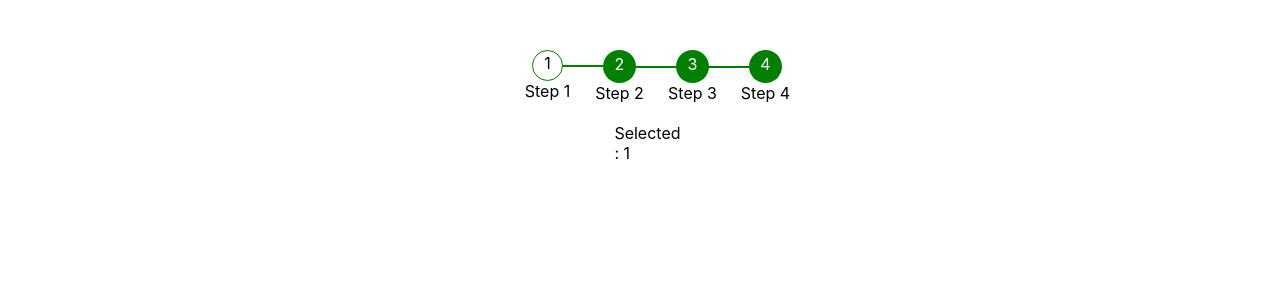
Repository: SD-Mdouka/project_step
Page: /
An editor plug-in stored every save of this project. The page is shown before and after the next save, followed by the edit.
The browser window is 1280 px wide. The pictures show the whole page.
The project was rebuilt for these pictures with package versions that can differ from the ones it lists, and the page was loaded fresh each time.

Above is the page before, as saved 2022-09-05 13:20:26.

After the next save:
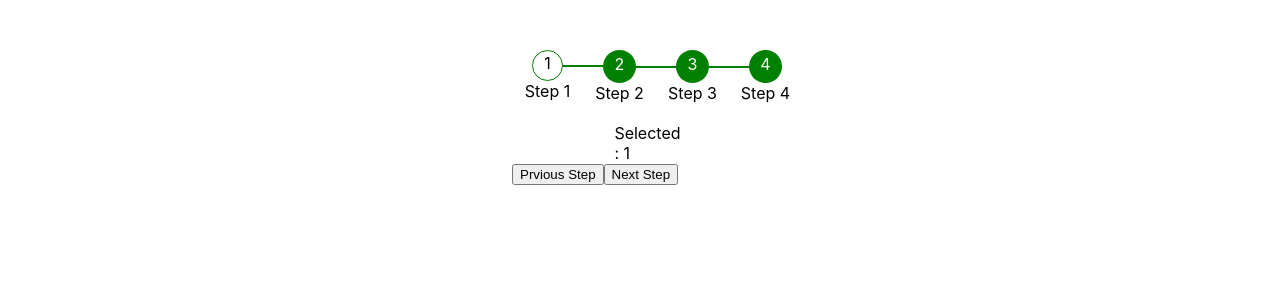
Saved 5 min 11 s later.
--- a/src/Steps/index.js
+++ b/src/Steps/index.js
@@ -15,6 +15,20 @@ function App() {
         updateStep={updateStep}
       ></Step>
       <p className="pages"> Selected : {currentSteps}</p>
+      <div>
+        <button
+          className="primaryBtn"
+          onClick={() => updateStep(currentSteps - 1)}
+        >
+          Prvious Step
+        </button>
+        <button
+          className="primaryBtn"
+          onClick={() => updateStep(currentSteps + 1)}
+        >
+          Next Step
+        </button>
+      </div>
     </div>
   );
 }
